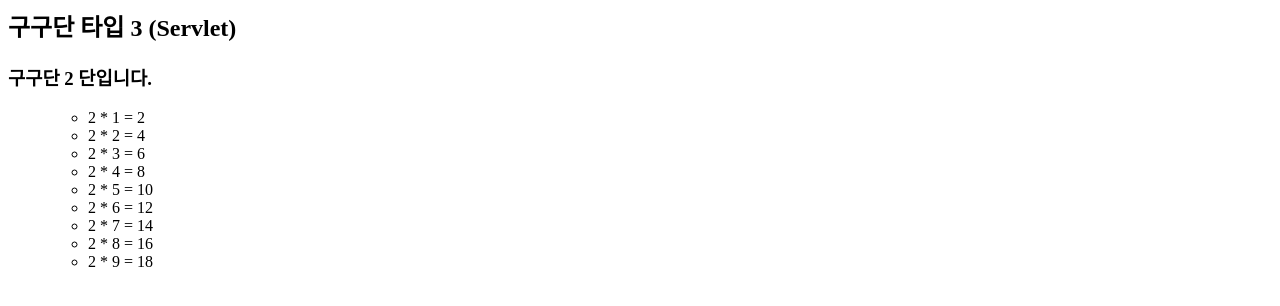
Repository: Byeonghee-son/DB-Servlet
Page: http://localhost/ServletStudy/gugudan
These files come from the project's save history. The page is drawn as it stood at one moment and after the next save; the edit follows.
The browser window is 1280 px wide. The pictures show the whole page.
The page is served by Tomcat 9. Other server files are loaded and not shown.

Above is the page before, as saved 2023-05-11 06:38:14.

### ServletStudy/src/main/java/edu/pnu/servlet/gugudan.java
package edu.pnu.servlet;

import java.io.IOException;
import java.io.PrintWriter;

import javax.servlet.ServletException;
import javax.servlet.annotation.WebServlet;
import javax.servlet.http.HttpServlet;
import javax.servlet.http.HttpServletRequest;
import javax.servlet.http.HttpServletResponse;

@WebServlet("/gugudan")
public class gugudan extends HttpServlet {
	private static final long serialVersionUID = 1L;

	@Override
	protected void doGet(HttpServletRequest req, HttpServletResponse resp) throws ServletException, IOException {
		// TODO Auto-generated method stub
		String type = req.getParameter("type");
		String snum = req.getParameter("num");

		int num = 2;
		if(snum != null) num = Integer.parseInt(snum);
		resp.setContentType("text/html; charset=utf-8");
		try(PrintWriter out = resp.getWriter();){

			out.println("<h2>구구단 타입 3 (Servlet)</h2>");
			out.println("<h3>구구단 " + num + " 단입니다.</h3>");
			out.println("<ul>");
			if ("ul".equals(type)) {
	            out.println("<ul>");
	            for (int i = 1; i <= 9; i++) {
	                out.println("<li>" + num + " * " + i + " = " + num * i + "</li>");
	            }
	            out.println("</ul>");
	        } else if ("table".equals(type)) {
	            out.println("<table>");
	            for (int i = 1; i <= 9; i++) {
	                out.println("<tr><td>" + num + " * " + i + "</td><td>=</td><td>" + num * i + "</td></tr>");
	            }
	            out.println("</table>");

	        }else {
	            out.println("<ul>");
	            for (int i = 1; i <= 9; i++) {
	                out.println("<li>" + num + " * " + i + " = " + num * i + "</li>");
	            }
	            out.println("</ul>");
	        }
		}catch(IOException e) {
			e.printStackTrace();
		}




	}
}

After the next save:
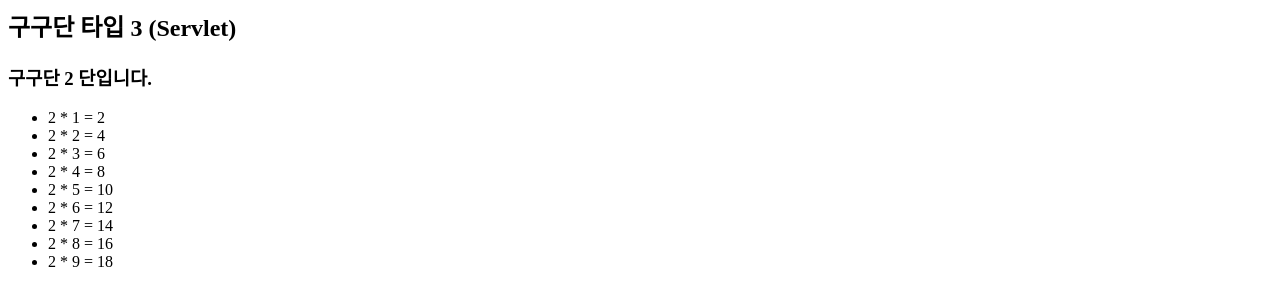
Saved 10 min 19 s later.
--- a/ServletStudy/src/main/java/edu/pnu/servlet/gugudan.java
+++ b/ServletStudy/src/main/java/edu/pnu/servlet/gugudan.java
@@ -26,7 +26,7 @@ public class gugudan extends HttpServlet {
 
 			out.println("<h2>구구단 타입 3 (Servlet)</h2>");
 			out.println("<h3>구구단 " + num + " 단입니다.</h3>");
-			out.println("<ul>");
+
 			if ("ul".equals(type)) {
 	            out.println("<ul>");
 	            for (int i = 1; i <= 9; i++) {
